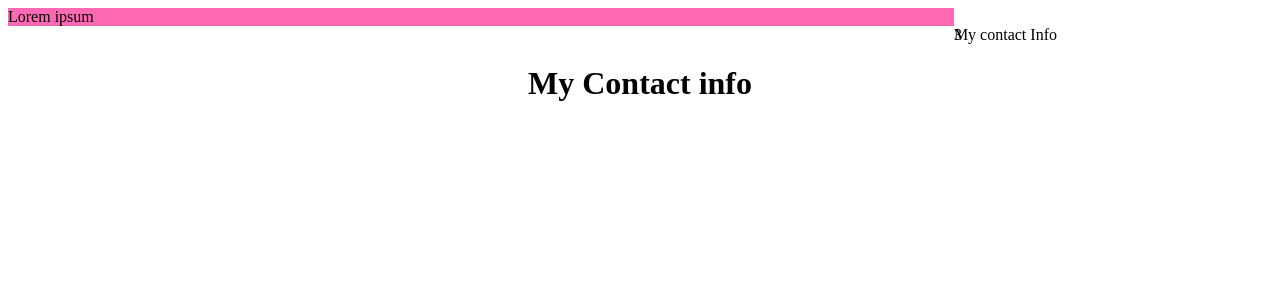
Repository: Melinda-Nanjad-Personal-Website/Personal-web
Page: contact.html
An editor plug-in stored every save of this project. The page is shown before and after the next save, followed by the edit.
The browser window is 1280 px wide. The pictures show the whole page.

Above is the page before, as saved 2023-07-27 20:43:22.

After the next save:
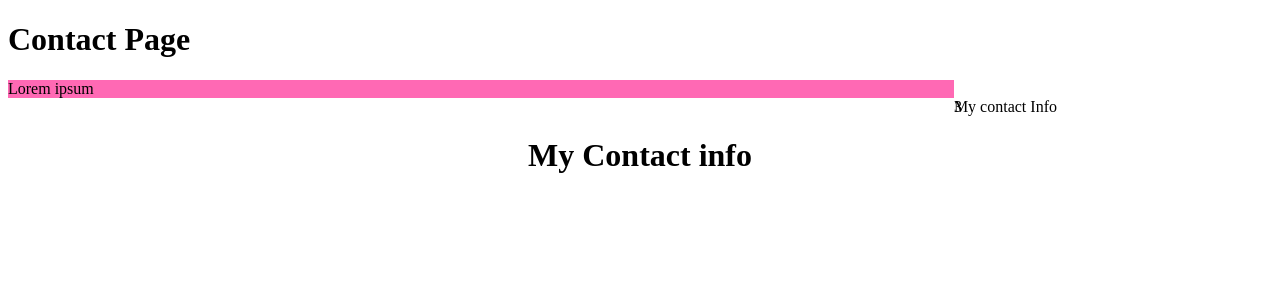
Saved 5 min 48 s later.
--- a/contact.html
+++ b/contact.html
@@ -7,6 +7,9 @@
     <title>Contact Page</title>
 </head>
 <body>
+
+    <h1>Contact Page</h1>
+
     <div class="container">
         <div class="item item-1"> Lorem ipsum</div>
              <div class="item item-2"> My contact Info</div>
